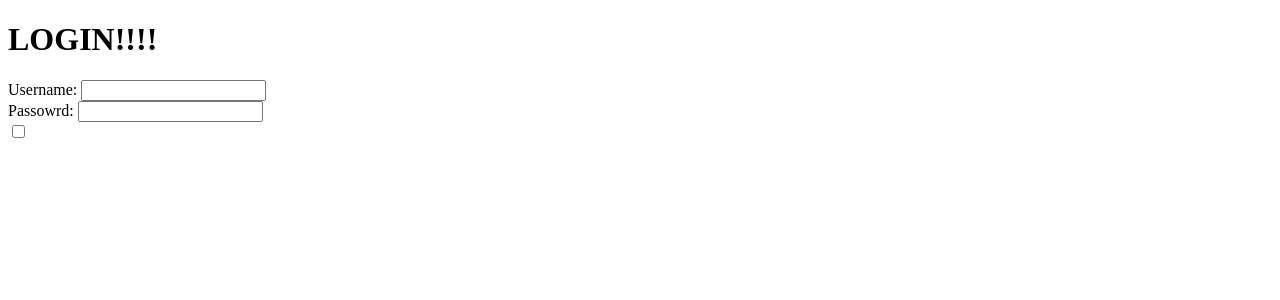
Repository: claudesedillo/WEBAPDE-MP2
Page: MP2 Workplace/WEBAPDE-MP2Q/WebContent/login.html
The author's editor kept a copy of each file at every save. The page is drawn from the files as they stood at one save, then again after the next save.
The browser window is 1280 px wide. The pictures show the whole page.

Above is the page before, as saved 2017-07-22 07:48:23.

After the next save:
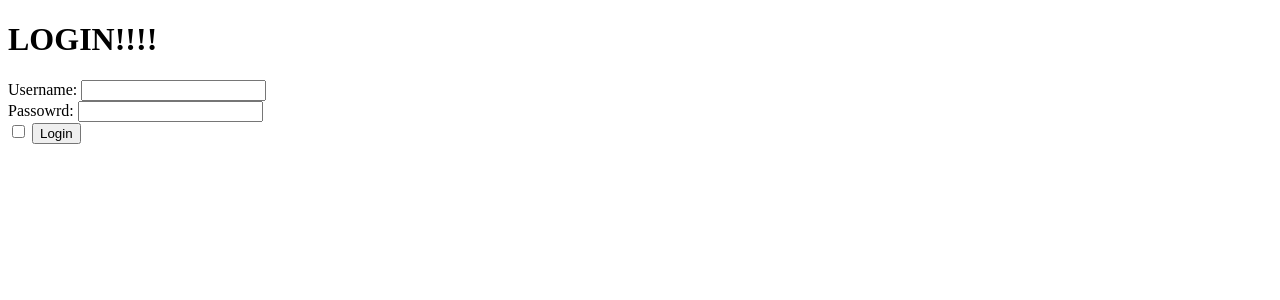
Saved 8 s later.
--- a/MP2 Workplace/WEBAPDE-MP2Q/WebContent/login.html
+++ b/MP2 Workplace/WEBAPDE-MP2Q/WebContent/login.html
@@ -10,7 +10,7 @@
 	<form action="login" method="POST">
 		Username: <input type="text" name="username"></br>
 		Passowrd: <input type="password" name="password"></br>
-		<input type="checkbox"
+		<input type="checkbox" value="True">
 		<input type="submit" value="Login">
 	</form>
 </body>
